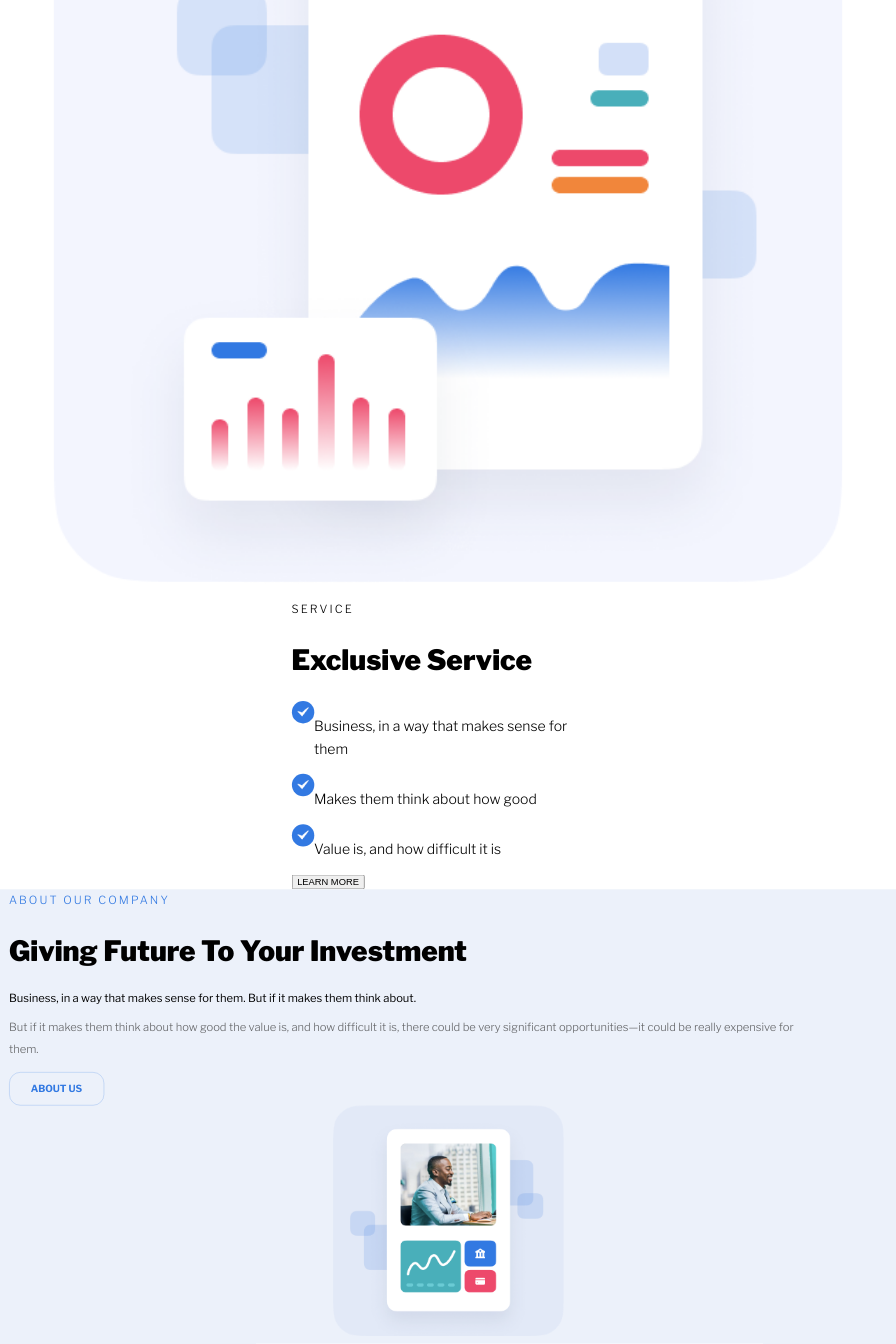
Repository: adryelfelipe/frontend-prova
Page: prova-figma/Prova/index.html
An editor plug-in stored every save of this project. The page is shown before and after the next save, followed by the edit.
The browser window is 1280 px wide. The pictures show the part of the page from y = 1938 to 3858 px (the page is 3858 px tall before and 3826 px after), at 70% of full size.

Above is the page before, as saved 2026-06-22 19:23:15.

After the next save:
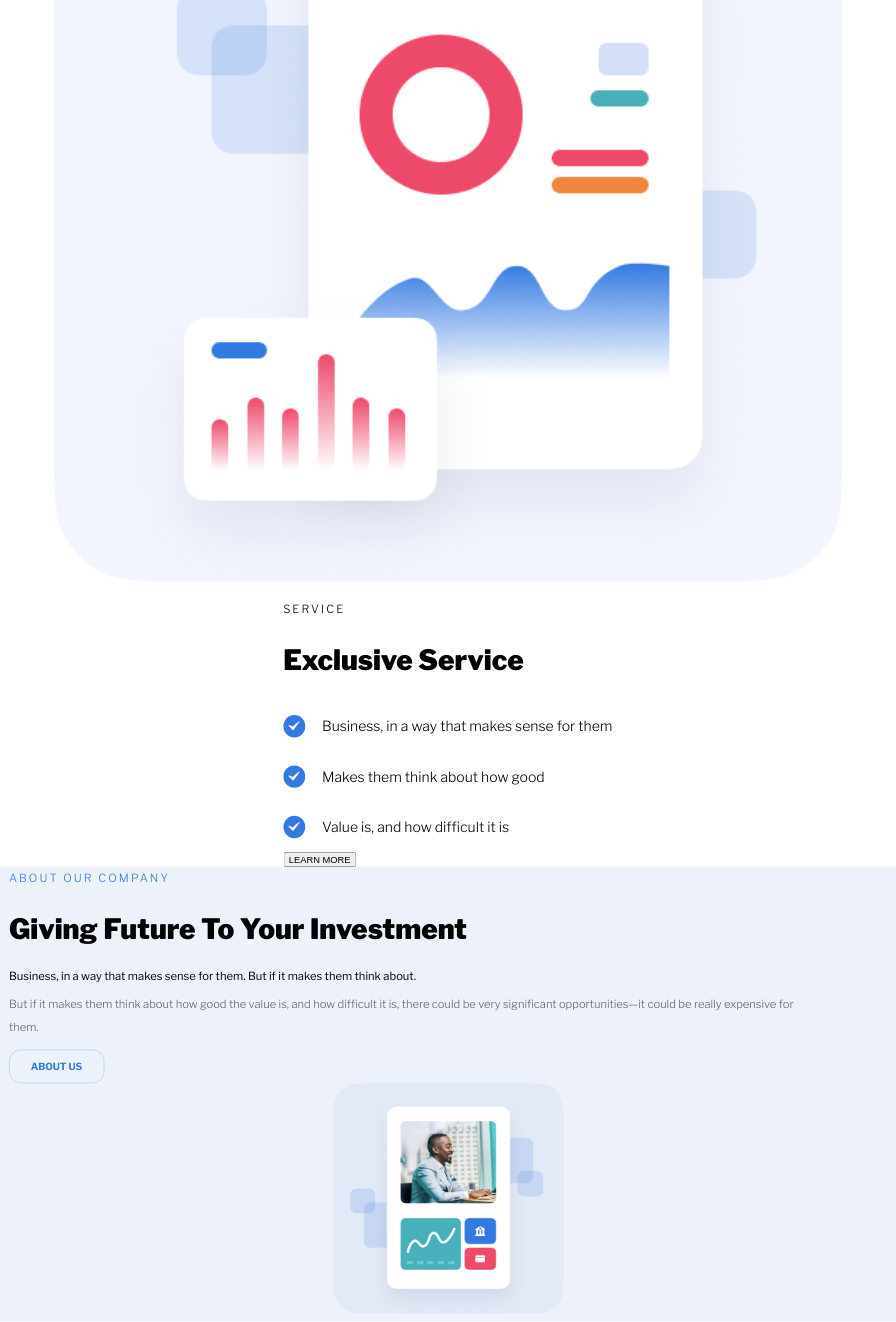
Saved 4 s later.
--- a/prova-figma/Prova/style/style.css
+++ b/prova-figma/Prova/style/style.css
@@ -177,7 +177,8 @@ header h2 {
 
 .service-subcard {
     display: flex;
-    align-items: c;
+    align-items: center;
+    gap: 24px;
 }
 
 /* SECTION OUR COMPANY */
